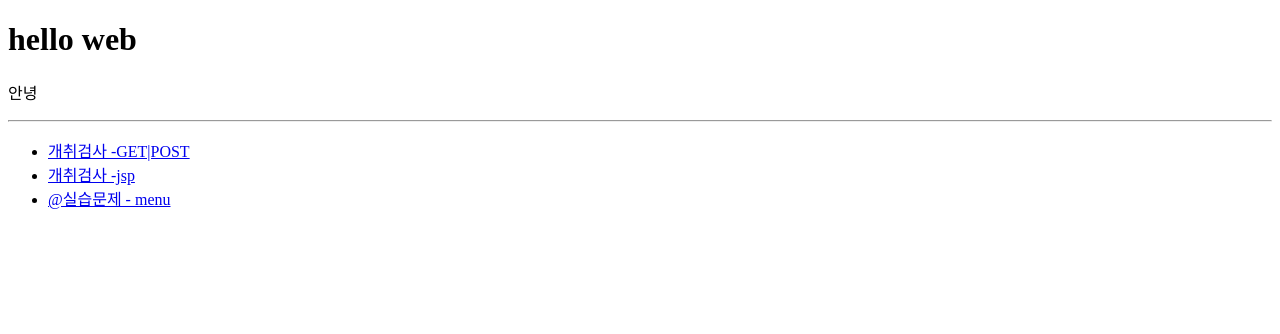
Repository: rlwi440/KH-Backend
Page: Web_server/web_server_Workspace/01_helloweb/WebContent/index.html
An editor plug-in stored every save of this project. The page is shown before and after the next save, followed by the edit.
The browser window is 1280 px wide. The pictures show the whole page.

Above is the page before, as saved 2021-03-24 10:33:28.

After the next save:
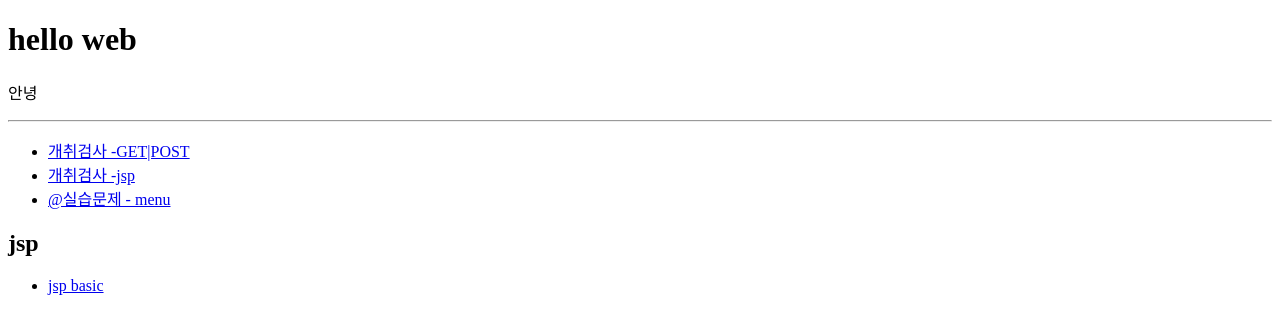
Saved 46 min 59 s later.
--- a/Web_server/web_server_Workspace/01_helloweb/WebContent/index.html
+++ b/Web_server/web_server_Workspace/01_helloweb/WebContent/index.html
@@ -16,5 +16,9 @@
 		<li><a href="/web/servlet/testPerson2.html">개취검사 -jsp</a></li>
 		<li><a href="/web/menu/menu.jsp">@실습문제 - menu</a></li>
 	</ul>
+	<h2 >jsp</h2>
+	<ul>
+	<li> <a href="/web/jsp/basic.jsp">jsp basic</a></li>
+	</ul>
 </body>
 </html>
